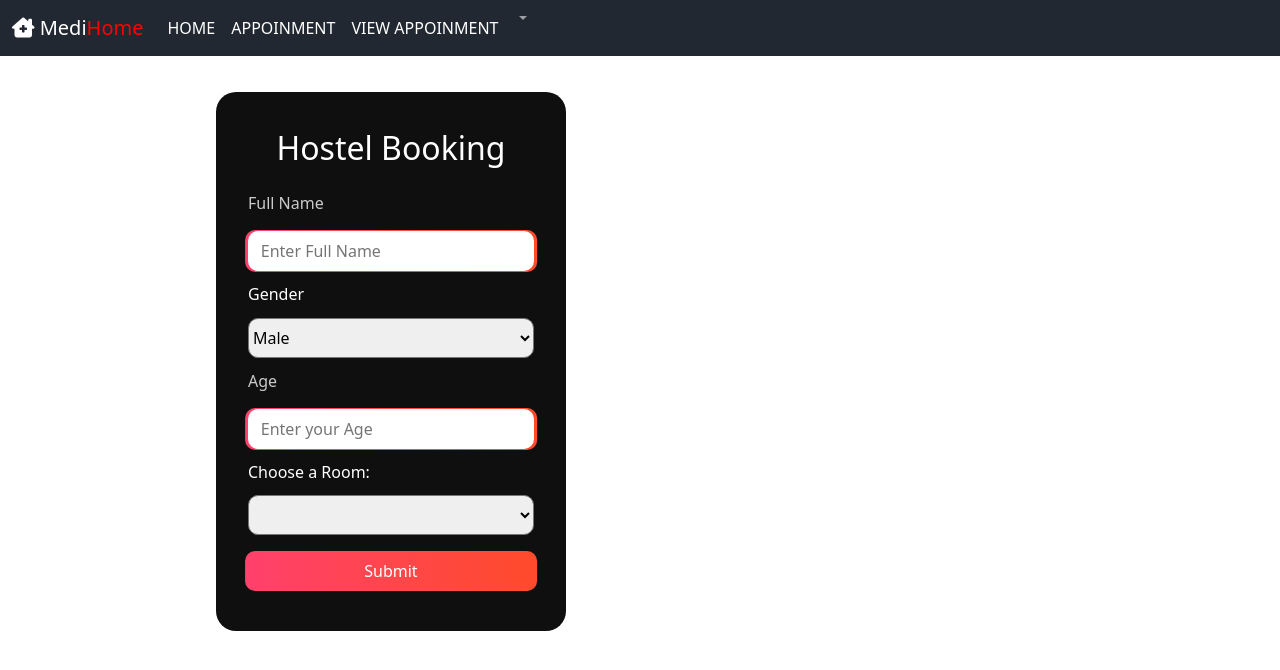
Repository: SparshGarg1/Hostel_Managment_System
Page: http://localhost/Hostel/studentbookroom.jsp
An editor plug-in stored every save of this project. The page is shown before and after the next save, followed by the edit.
The browser window is 1280 px wide. The pictures show the whole page.
Some web libraries are served in a nearby version. The page is served by Tomcat 9. Queries for data that is not in the repository find no rows.

Above is the page before, as saved 2023-06-18 04:25:42.

After the next save:
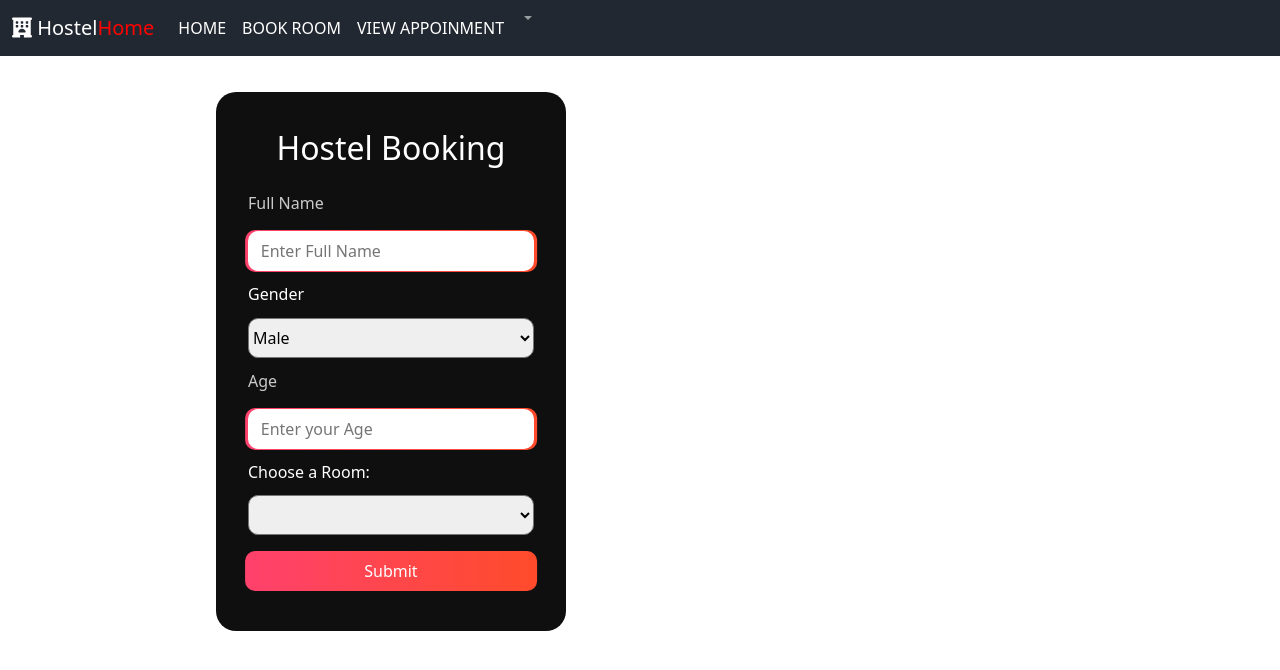
Saved 40 s later.
--- a/Hostel/WebContent/studentbookroom.jsp
+++ b/Hostel/WebContent/studentbookroom.jsp
@@ -134,7 +134,7 @@
 <!-- Navbar -->
 <nav class="navbar navbar-expand-lg navbar-dark" style="background-color:#222831;">
   <div class="container-fluid">
-    <a class="navbar-brand" href="userportal.jsp"><i class="fas fa-clinic-medical"></i> Medi<span style="color:red;">Home</span></a>
+<a class="navbar-brand" href="index.jsp"><i class="fas fa-hotel"></i> Hostel<span style="color:red;">Home</span></a>
     <button class="navbar-toggler" type="button" data-bs-toggle="collapse" data-bs-target="#navbarSupportedContent" aria-controls="navbarSupportedContent" aria-expanded="false" aria-label="Toggle navigation">
       <span class="navbar-toggler-icon"></span>
     </button>
@@ -144,7 +144,7 @@
           <a class="nav-link active" aria-current="page" href="userportal.jsp">HOME</a>
         </li>
         <li class="nav-item">
-          <a class="nav-link active" aria-current="page" href="userappoinment.jsp">APPOINMENT</a>
+          <a class="nav-link active" aria-current="page" href="studentbookroom.jsp">BOOK ROOM</a>
         </li>
         <li class="nav-item">
           <a class="nav-link active" aria-current="page" href="userviewappoinment.jsp">VIEW APPOINMENT</a>
@@ -162,7 +162,6 @@
     </div>
   </div>
 </nav>
-
 
 <div class="main">
 
